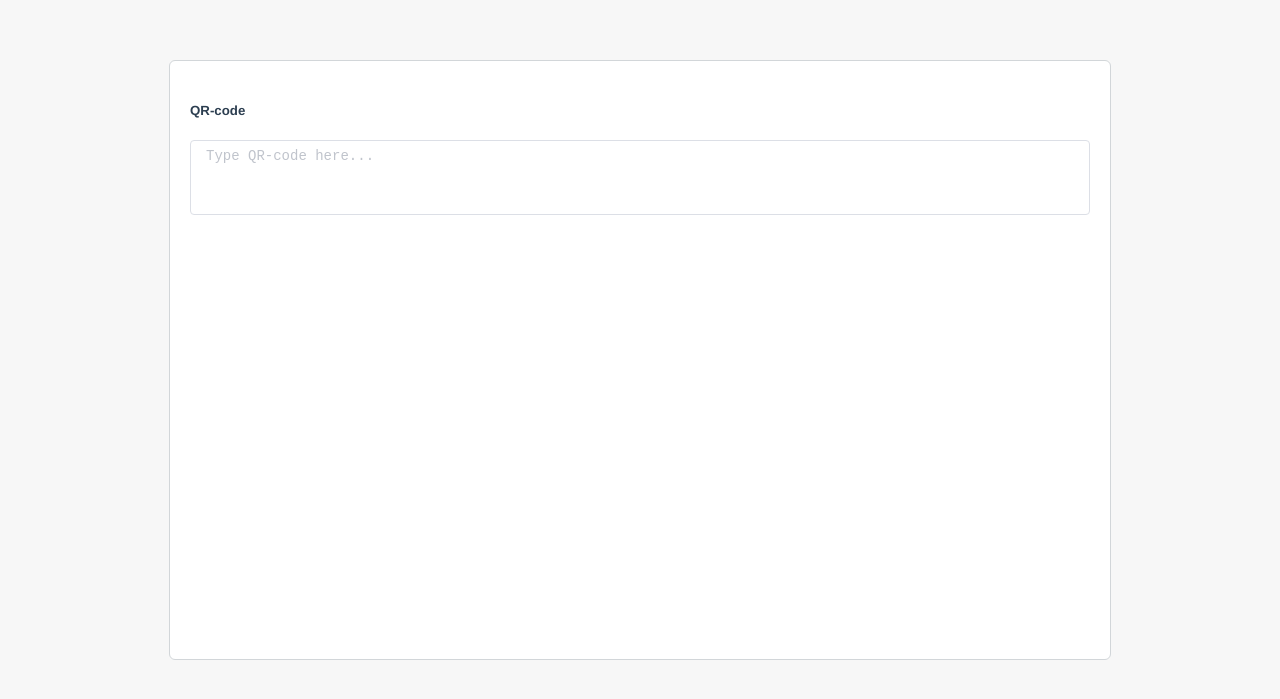
Repository: dvasyliev/qrcode_parser
Page: /
An editor plug-in stored every save of this project. The page is shown before and after the next save, followed by the edit.
The browser window is 1280 px wide. The pictures show the whole page.
The project was rebuilt for these pictures with package versions that can differ from the ones it lists, and the page was loaded fresh each time.

Above is the page before, as saved 2018-08-26 10:26:11.

After the next save:
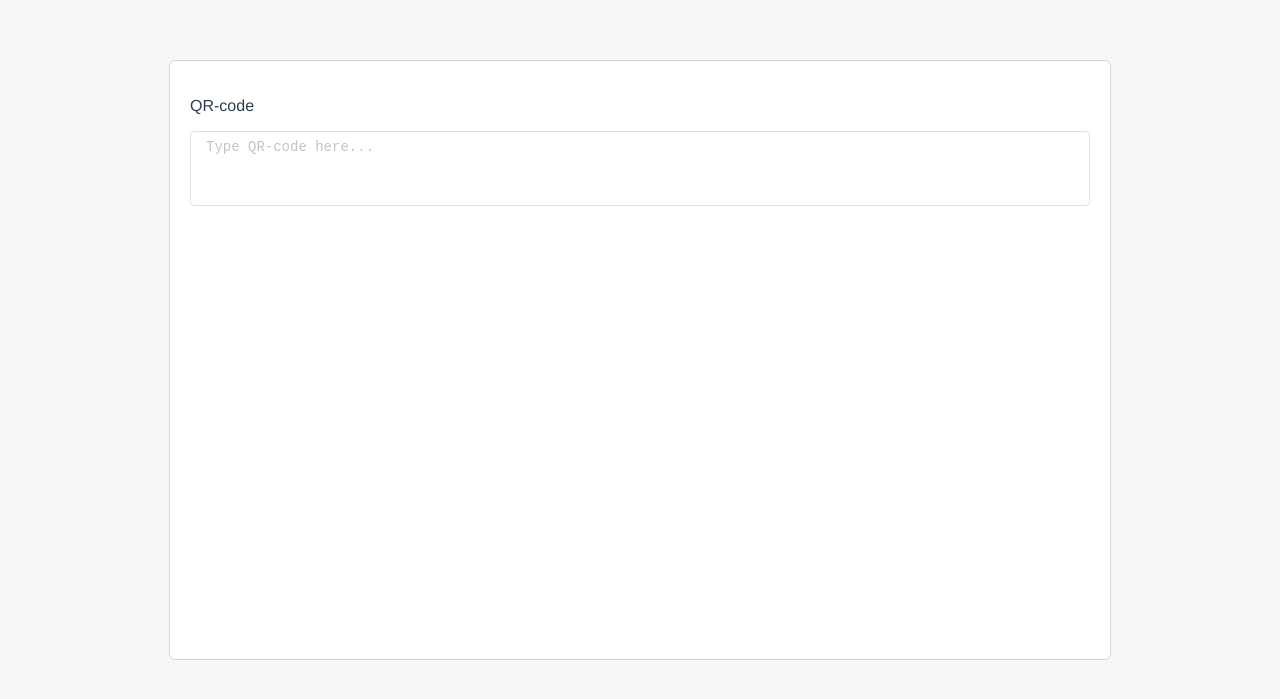
Saved 5 s later.
--- a/src/App.vue
+++ b/src/App.vue
@@ -3,7 +3,7 @@
     <div class="page">
       <div class="page__inner">
         <div class="page__content">
-          <h5>QR-code</h5>
+          <p>QR-code</p>
           <el-input
           v-model="qrcode"
           type="textarea"
